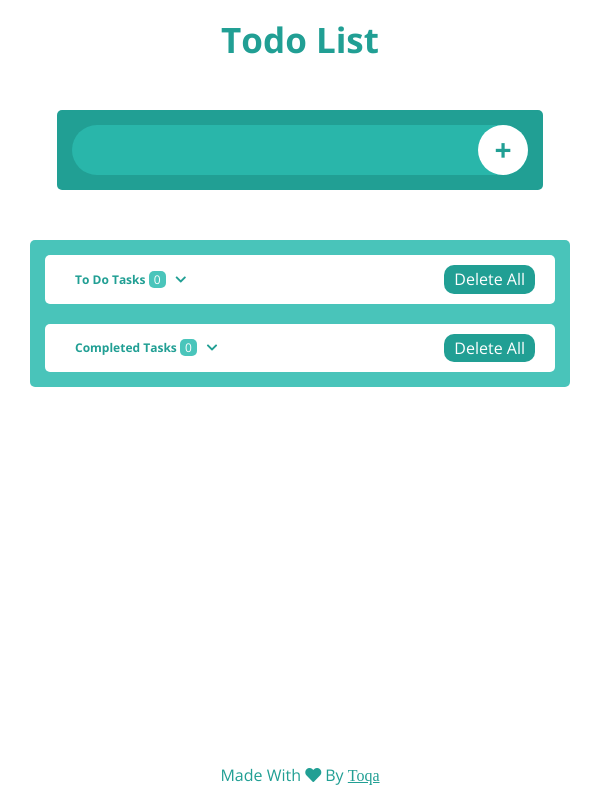
Repository: Toqa-25/todo-list
Page: index.html
These files come from the project's save history. The page is drawn as it stood at one moment and after the next save; the edit follows.
The browser window is 600 px wide. The pictures show the whole page.
Some web fonts or font styles are not loaded; a fallback is used.

Above is the page before, as saved 2022-02-07 16:46:03.

### index.html
<!DOCTYPE html>
<html lang="en">
<head>
    <meta charset="UTF-8">
    <meta http-equiv="X-UA-Compatible" content="IE=edge">
    <meta name="viewport" content="width=device-width, initial-scale=1.0">
     <!-- css fils -->
     <link rel="stylesheet" href="css/normalize.css">
     <link rel="stylesheet" href="css/all.min.css">
     <link rel="stylesheet" href="css/style.css">
     <!-- google fonts -->
     <link rel="preconnect" href="https://fonts.googleapis.com">
     <link rel="preconnect" href="https://fonts.gstatic.com" crossorigin>
     <link href="https://fonts.googleapis.com/css2?family=Open+Sans:wght@300;400;500;600;700;800&display=swap" rel="stylesheet">
     <link href="https://fonts.googleapis.com/css2?family=Pushster&amp;display=swap" rel="stylesheet">
     <!-- page title -->
    <title>ToDo List</title>
</head>
<body>
    <section class="todo-section container">
        <div class="todo-main-head ">
            <h2 class="todo-head">todo list</h2>
        </div>
        <div class="todo-input  ">
            <input type="text" name="" id="input-field">
            <span class="pluse" id="plus">+</span>
        </div>
        <div class="todo-group pad ">
        <div class="todo-list doing" id="todo-list-do">
             <div class="todo-list-header-group">
                 <h4 class="todo-list-head">to do tasks <span class="tasks-number"></span><i class="fas fa-chevron-down todo-chevron"></i></h4>
                <button class="btn delet-all-tasks">delete all</button>
            </div>
           <div class="todo-list-content todo">
           </div>
        </div>
        <div class="todo-list completed" id="todo-list-complete">
            <div class="todo-list-header-group">
                <h4 class="todo-list-head">completed tasks <span class="completed-tasks-number"></span><i class="fas fa-chevron-down complete-chevron"></i></h4>
                <button class="btn delet-all-completed-tasks">delete all</button>
            </div>
           <div class="todo-list-content complet">
           </div>
        </div>
        </div>
    </section>
    <div class="bottom-group">
             <p>made with <i class="fas fa-heart"></i> by <a class="developer link-none" href="https://toqa-25.github.io/portfolio/">toqa</a></p>
    </div>

    <script src="js/script.js"></script>
    <script src="https://unpkg.com/sweetalert/dist/sweetalert.min.js"></script>
</body>
</html>

### css/style.css
/* component style */
:root{
    --main-color:#219F94;
    --main-alt-color:#2bbbafda;
    --white-color:#fff;
    --text-color:#C1DEAE;
}
*{
     margin:0;
     padding:0;
     box-sizing: border-box;
}
html{
    scroll-behavior: smooth;
}
body{
    font-family: 'Open Sans', sans-serif;
    min-height: 100vh;
}
.container{
    width:90%;
    margin:0 auto;
}

.pad{
    padding: 30px 0;
}

/* element style */
section{
    display: flex;
    align-items: center;
    flex-direction: column;
    min-height: calc(100vh - 50px);
    gap:50px;

}
.todo-main-head {
    /* padding-top: 20px;
    margin-top: 20px; */
    margin: 20px auto 0;
}
.todo-head {
    color: var(--main-color);
    font-weight: bold;
    text-transform: capitalize;
    font-size: 35px;
    text-align: center;
}
.todo-input{
    background-color: var(--main-color);
    position: relative;
    border-radius: 5px;
    width: 600px;
    margin: 0 auto;
    padding: 15px 0;
}
@media(max-width:991px){
   .todo-input{
       width:90%;
   }
}
#input-field {
    width: calc(100% - 30px);
    margin: 0 15px;
    height: 50px;
    border: none;
    outline: none;
    background-color: var(--main-alt-color);
    color: #fff;
    padding:5px 20px;
    border-radius: 25px;
    -webkit-border-radius: 25px;
    -moz-border-radius: 25px;
    -ms-border-radius: 25px;
    -o-border-radius: 25px;
}
#input-field:focus{

}
.pluse {
    width: 50px;
    height: 50px;
    background-color: var(--white-color);
    border-radius: 50%;
    display: inline-block;
    padding: 21px;
    text-align: center;
    font-size: 30px;
    display: flex;
    justify-content: center;
    align-items: center;
    position: absolute;
    right: 15px;
    top: 50%;
    transform: translateY(-50%);
    color: var(--main-color);
    font-weight: bold;
    cursor: pointer;
}

.todo-group {
    background-color: var(--main-alt-color);
    /* margin-top: 30px; */
    padding: 15px;
    display: flex;
    justify-content: space-between;
    align-items: center;
    gap:20px;
    flex-direction: column;
    width:fit-content;
    border-radius: 5px;

}
.todo-list {
    background-color: var(--white-color);
    padding: 10px 20px;
    color: var(--main-color);
    flex:1;
    border-radius: 5px;
     width: 600px;
}
@media(max-width:767px){

    .todo-list {
        width:100%;
    }
}
.todo-list-content , .complet {
    padding:20px;
    display: none;
}
.todo-list-task-group {
    display: flex;
    justify-content: space-between;
    align-items: center;
    border: 1px solid var(--main-alt-color);
    padding: 5px;
    border-radius: 6px;
    margin-bottom: 10px;
}
.todo-list-task {
    padding: 5px 20px;
    display: flex;
    justify-content: space-between;
    align-items: center;
    position: relative;
    margin:10px 5px;
    width:80%;
}
.todo-list-task:before{
    content:"";
    position: absolute;
    top:0;
    left:0;
    height: 100%;
    background-color: var(--main-alt-color);
    width: 8px;
    border-radius: 0px 100px 100px 0px;
}
.btn {
    color: var(--white-color);
    width: fit-content;
    /* height: 27px; */
    padding: 5px 10px;
    background-color: var(--main-color);
    border: none;
    border-radius: 10px;
    cursor: pointer;
    text-transform: capitalize;
}
.todo-list-header-group {
    display: flex;
    justify-content: space-between;
    align-items: center;
    /* flex-wrap: wrap; */
}
.todo-list-head {
    text-transform: capitalize;
    width: fit-content;
    /* margin: auto; */
    /* text-align: center; */
    padding: 3px 10px;
    font-size: 20px;
}
.todo-list-text {
    /* text-transform: capitalize; */
}
.completed-task{
    position: relative;
}
.todo-list-checked {
    width: 15px;
    height: 15px;
    border: 1px solid var(--main-color);
    border-radius: 3px;
    display: flex;
    justify-content: center;
    align-items: center;
}
.completed-task:after{
    content: "";
    width: 90%;
    height: 2px;
    border-radius: 2px;
    position: absolute;
    top: 50%;
    left: 50%;
    transform: translate(-50%, -50%);
    background-color: var(--main-color);
}
.todo-list-checked i {
    font-size: 15px;
    margin-left: 3px;
    margin-bottom: 0px;
}
.completed-tasks-number,.tasks-number {
    padding: 0px 5px;
    background-color: var(--main-alt-color);
    color: #fff;
    border-radius: 5px;
    font-weight: normal;
}
i.fas.fa-chevron-down {
    margin-left: 10px;
}
.bottom-group{
color:var(--main-color);
text-align: center;
margin: 16px auto;
}
.bottom-group p{
    text-transform:capitalize;
}
.bottom-group p a{
    font-family: 'Pushster', cursive;
     color:var(--main-color);
}
.show{
    display:block;
}
.sign-login-group {
    width: fit-content;
    display: flex;
    justify-content: space-between;
    align-content: center;
    flex-direction: column;
    gap: 30px;
    margin-top: 100px;
}
.todo-input-group {
    min-width: 300px;
    display: flex;
    justify-content: space-between;
    align-content: center;
    flex-wrap: wrap;
    gap: 30px;
}
.todo-input-group label {
    text-transform: capitalize;
    color: var(--main-color);
    font-weight: bold;
}
.todo-input-group input {
    padding: 5px 10px;
    border-radius: 7px;
    border-color: var(--main-color);
    outline: none;
    color: var(--main-color);

}
.buttons-group {
    display: flex;
    justify-content: center;
    width: fit-content;
    align-items: center;
    gap: 10px;
    margin: 0 auto;
}
.buttons-group span{
    text-transform: uppercase;
    font-weight: bold;
    color: var(--main-color);
}
.sign-login-group .btn  {
    margin: auto;
    color: #fff;
    font-size: 18px;
}
.sign-login-group .buttons-group a {
  font-size: 20px;
    color: var(--main-color);
}

@media (max-width:767px){
    .todo-group{
        width: 100%;
    }
    .todo-list-head {
    font-size: 12px;
    }
}

@media (max-width:375px){
    .todo-list-head {
    font-size: 12px;
}
.todo-list-header-group {
    flex-direction: column;
}
.todo-list-header-group .btn{
    margin-left: 8px;
    margin-top: 10px;
}
}

### js/script.js

// const variables
let inputTask = document.getElementById("input-field"),
    plusButton = document.getElementById("plus"),
    toDoContent = document.querySelector(".todo"),
    completeContent = document.querySelector(".complet"),
    taskText = document.querySelector(".todo-list-text"),
    numberOfTasks = document.querySelector(".tasks-number"),
    numberOfCompletedTasks = document.querySelector(".completed-tasks-number"),
    todoChevron = document.querySelector(".todo-chevron"),
    completeChevron = document.querySelector(".complete-chevron"),
    deleteAllTasks = document.querySelector(".delet-all-tasks"),
    deleteAllCompletedTasks = document.querySelector(".delet-all-completed-tasks");

// var variables
var checkedSpan = [...document.querySelectorAll(".todo-list-checked")];
var checkedClasses = [...document.querySelectorAll(".checked")];
var buttonSgroup = [...document.querySelectorAll(".delete")];
let todoList = JSON.parse(localStorage.getItem("tasks"))
  ? JSON.parse(localStorage.getItem("tasks"))
  : [];
let completeList = JSON.parse(localStorage.getItem("completedTasks"))
  ? JSON.parse(localStorage.getItem("completedTasks"))
  : [];
/********************************************************** */
if ( todoList.length >= 1) {
    numberOfTasks.innerHTML = todoList.length;
}
else{
    numberOfTasks.innerHTML = 0;
}

if (completeList && completeList.length >= 1) {
  numberOfCompletedTasks.innerHTML = completeList.length;
} else {
  numberOfCompletedTasks.innerHTML = 0;
}
/********************************************************** */
window.onload = function () {
    inputTask.focus()
}
plusButton.onclick = addTask;
inputTask.addEventListener("keyup", function (event) {
  // Number 13 is the "Enter" key on the keyboard
  if (event.keyCode === 13) {
    addTask();
  }
});
/************************************* */
// 1- add task
function addTask() {
  if (inputTask.value != null && inputTask.value != "") {
      if (todoList.includes(inputTask.value.trim())) {
          swal("This Task is  Already Exists.");
      }
          toDoContent.innerHTML += `  <div class="todo-list-task-group">
                                        <div class="todo-list-task doing-task">
                                            <p class="todo-list-text">${inputTask.value.trim()}</p>
                                            <span id="todo-list-doing" class="todo-list-checked"></span>
                                        </div>
                                        <button class="btn delete">delete</button>
                                    </div>`;
          todoList = [...todoList, inputTask.value.trim()];
          localStorage.setItem("tasks", JSON.stringify(todoList));
          inputTask.value = "";
          currentTasks(toDoContent, todoList);
          checkedSpan = [];
          checkedSpan = [...document.querySelectorAll(".todo-list-checked")];
          checkedTask(checkedSpan);
          buttonSgroup = [];
          buttonSgroup = [...document.querySelectorAll(".delete")];
          deleteUneededTask(buttonSgroup);
          numberOfTasks.innerHTML.innerHTML++;
          inputTask.focus();

  }
  else {
      swal("Enter Your Task");
  }
}

// 2- drow new tasks
function currentTasks(plceContent, tasksArray) {
  plceContent.innerHTML = "";
  for (i = 0; i < tasksArray.length; i++) {
    plceContent.innerHTML += `<div class="todo-list-task-group">
                <div class="todo-list-task doing-task">
                <p class="todo-list-text">${tasksArray[i]}</p>
                <span id="todo-list-doing" class="todo-list-checked"></span>
                </div>
                <button class="btn delete">delete</button>
                </div>`;
  }
  checkedSpan = [];
  checkedSpan = [...document.querySelectorAll(".todo-list-checked")];
  checkedTask(checkedSpan);
//   console.log("current", checkedSpan);
  buttonSgroup = [];
  buttonSgroup = [...document.querySelectorAll(".delete")];
    deleteUneededTask(buttonSgroup);
       numberOfTasks.innerHTML = "";
       numberOfTasks.innerHTML = todoList.length;
}
currentTasks(toDoContent, todoList);

// 3- drow new tasks
function currentCheckedTasks(plceContent, tasksArray) {
  plceContent.innerHTML = "";
  for (i = 0; i < tasksArray.length; i++) {
    plceContent.innerHTML += `<div class="todo-list-task-group ">
                <div class="todo-list-task doing-task completed-task">
                <p class="todo-list-text">${tasksArray[i]}</p>
                <span id="todo-list-doing" class="todo-list-checked checked"><i class="fas fa-check"></i></span>
                </div>
                <button class="btn delete">delete</button>
                </div>`;
  }
  checkedClasses = [];
  checkedClasses = [...document.querySelectorAll(".checked")];
  unCheckedTask(checkedClasses);
  buttonSgroup = [];
  buttonSgroup = [...document.querySelectorAll(".delete")];
    deleteUneededTask(buttonSgroup);
        numberOfCompletedTasks.innerHTML = "";
        numberOfCompletedTasks.innerHTML = completeList.length;
}
currentCheckedTasks(completeContent, completeList);

// 4- drow completed tasks

function checkedTask(checkBoxs) {
  checkBoxs.forEach((checkBox) => {
    checkBox.onclick = function addChecked(checkBox) {
      deleteTask(checkBox.currentTarget);
      transformTask(checkBox.currentTarget);
    };
  });
}
checkedTask(checkedSpan);

//5- drow uncompleted Tasks
function unCheckedTask(checkBoxs) {
  checkBoxs.forEach((checkBox) => {
    checkBox.onclick = function addChecked(checkBox) {
      deleteTask(checkBox.currentTarget);
        transformTask(checkBox.currentTarget);
    };
  });
}
unCheckedTask(checkedClasses);

// 6- delete tasks
/************************************* */
function deleteTask(current) {
  let currentParent = current.parentElement,
    element = currentParent.parentElement,
    elementFirstParent = element.firstElementChild,
    elementText = elementFirstParent.firstElementChild.innerHTML;
    if (elementFirstParent.classList.contains("completed-task")) {
        completeList.splice(completeList.indexOf(elementText), 1);
        localStorage.setItem("completedTasks", JSON.stringify(completeList));
        numberOfCompletedTasks.innerHTML = ""
        numberOfCompletedTasks.innerHTML = completeList.length

} else {
    todoList.splice(todoList.indexOf(elementText), 1);
    localStorage.setItem("tasks", JSON.stringify(todoList));
    numberOfTasks.innerHTML = ""
    numberOfTasks.innerHTML = todoList.length
}
element.remove();
console.log(element);
console.log(elementText);
}

function transformTask(current) {
  let currentParent = current.parentElement,
    element = currentParent.parentElement,
    elementFirstParent = element.firstElementChild,
    elementText = elementFirstParent.firstElementChild.innerHTML;
  if (elementFirstParent.classList.contains("completed-task")) {
    todoList = [...todoList, elementText];
    localStorage.setItem("tasks", JSON.stringify(todoList));
    currentTasks(toDoContent, todoList);
  } else {
    // completeList.push(elementText);
        completeList = [...completeList, elementText];
    localStorage.setItem("completedTasks", JSON.stringify(completeList));
    currentCheckedTasks(completeContent, completeList);
  }
}

function deleteUneededTask(checkBoxs) {
  checkBoxs.forEach((checkBox) => {
    checkBox.onclick = function addChecked(checkBox) {
      let element = checkBox.currentTarget.parentElement,
        elementFirstParent = element.firstElementChild,
        elementText = elementFirstParent.firstElementChild.innerHTML;

      element.remove();
      if (elementFirstParent.classList.contains("completed-task")) {
        completeList.splice(completeList.indexOf(elementText), 1);
          localStorage.setItem("completedTasks", JSON.stringify(completeList));
              numberOfCompletedTasks.innerHTML = "";
              numberOfCompletedTasks.innerHTML = completeList.length;
      } else {
        todoList.splice(todoList.indexOf(elementText), 1);
        localStorage.setItem("tasks", JSON.stringify(todoList));
           numberOfTasks.innerHTML = "";
           numberOfTasks.innerHTML = todoList.length;
      }
      console.log(elementText);
      console.log(elementFirstParent);
      console.log(element);
    };
  });
}
deleteUneededTask(buttonSgroup);


todoChevron.onclick = function (){
    toDoContent.classList.toggle("show")
}
completeChevron.onclick = function () {
  completeContent.classList.toggle("show")
};

deleteAllTasks.onclick = function () {
    toDoContent.innerHTML = ""
    todoList = [];
    localStorage.setItem("tasks", JSON.stringify(todoList));
    currentTasks(toDoContent, todoList);
}
deleteAllCompletedTasks.onclick = function () {
  toDoContent.innerHTML = "";
  completeList = [];
  localStorage.setItem("completedTasks", JSON.stringify(completeList));
  currentCheckedTasks(completeContent, completeList);
};

Loaded but not shown: css/normalize.css (library); css/all.min.css (library)

After the next save:
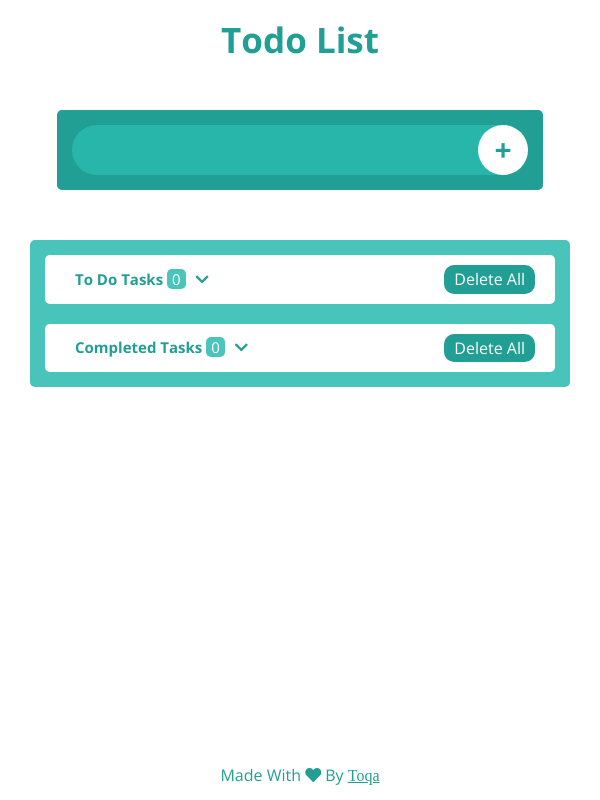
Saved 5 s later.
--- a/css/style.css
+++ b/css/style.css
@@ -297,7 +297,7 @@ margin: 16px auto;
         width: 100%;
     }
     .todo-list-head {
-    font-size: 12px;
+    font-size: 15px;
     }
 }
 
